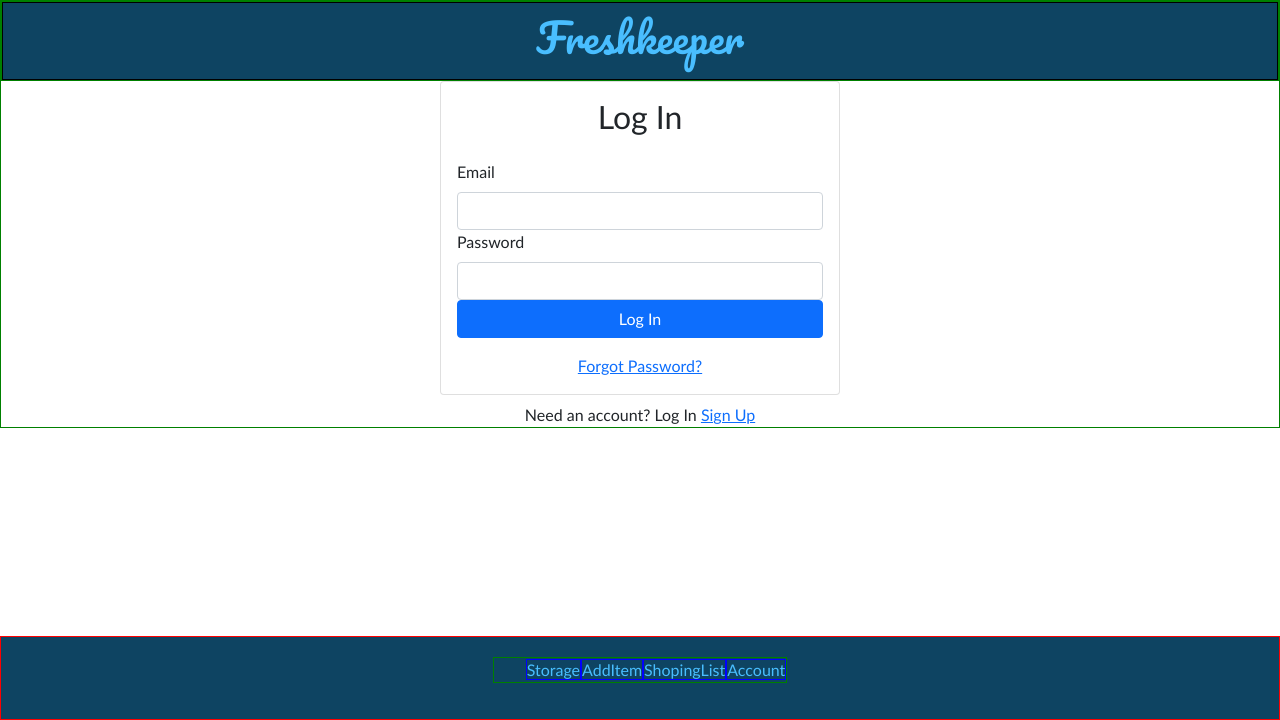
Repository: patrik-fredlund/freshkeeper-repo
Page: /
These files come from the project's save history. The page is drawn as it stood at one moment and after the next save; the edit follows.
The browser window is 1280 px wide. The pictures show the whole page.
The project was rebuilt for these pictures with package versions that can differ from the ones it lists, and the page was loaded fresh each time. Also part of the build but not shown: src/components/Signup.js, src/components/Account.js, src/components/ForgotPassword.js, src/components/UpdateProfile.js, src/components/Storage.js, src/components/Shopinglist.js, src/components/AddItem.js.

Above is the page before, as saved 2021-10-18 13:41:51.

After the next save:
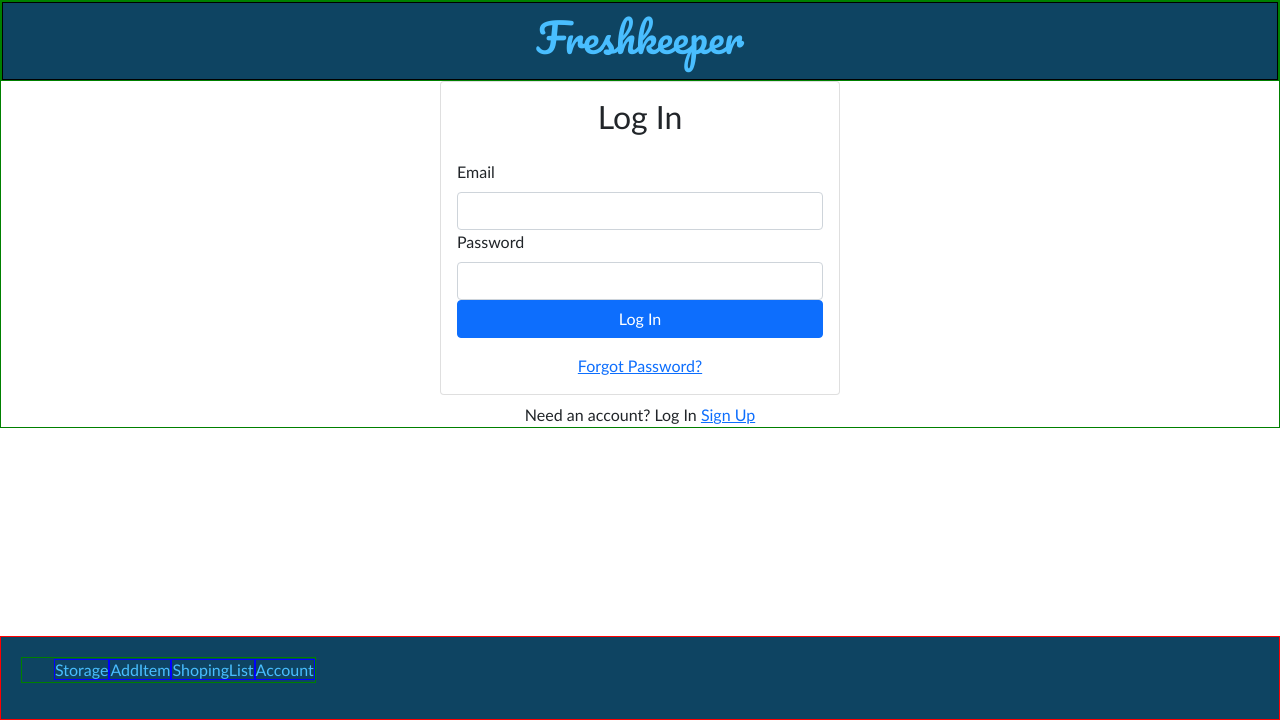
Saved 85 s later.
--- a/src/components/navbar/navbarStyles.js
+++ b/src/components/navbar/navbarStyles.js
@@ -4,7 +4,7 @@
   border: 1px solid red;
   display: flex;
   /* max-width: 400px; */
-  justify-content: center;
+  justify-content: space-between;
   align-items: center;
   background-color: #0e4462;
   padding: 20px;
@@ -12,7 +12,6 @@
   z-index: 99;
   margin: auto;
   width: 100%;
-
   position: fixed;
   bottom: 0;
 
@@ -24,10 +23,6 @@
     border: 1px solid green;
     justify-content: space-between;
     max-width: 400px;
-    /* position: fixed;
-    bottom: 0; */
-
-    /* padding: 10px 10px; */
   }
 
   a {

After the save that followed:
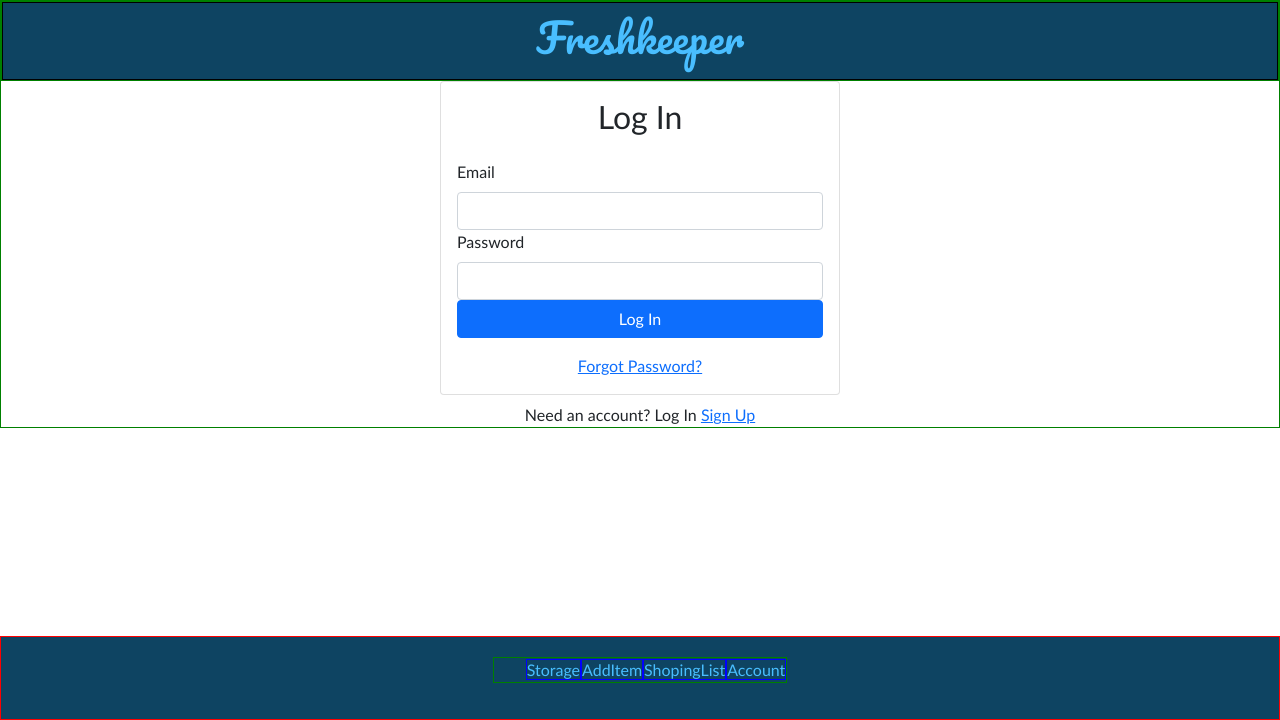
Saved 5 s later.
--- a/src/components/navbar/navbarStyles.js
+++ b/src/components/navbar/navbarStyles.js
@@ -4,7 +4,7 @@
   border: 1px solid red;
   display: flex;
   /* max-width: 400px; */
-  justify-content: space-between;
+  justify-content: center;
   align-items: center;
   background-color: #0e4462;
   padding: 20px;
